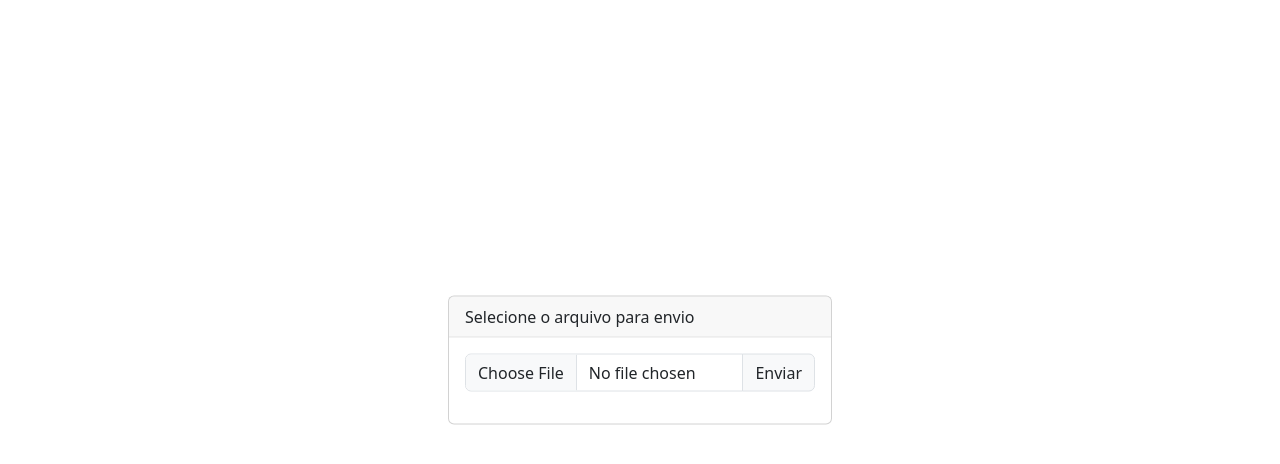
Repository: vandrecx/utilitaries
Page: http://localhost/login_archive/userpage.php
The author's editor kept a copy of each file at every save. The page is drawn from the files as they stood at one save, then again after the next save.
The browser window is 1280 px wide. The pictures show the whole page.
The page is run by PHP 8.4 with error messages shown; the project is at /var/www/html/. The session is filled in as if someone had signed in: {"ID": "testuser", "Email": "test@example.com", "Name": "testuser"}.

Above is the page before, as saved 2024-04-25 10:47:39.

After the next save:
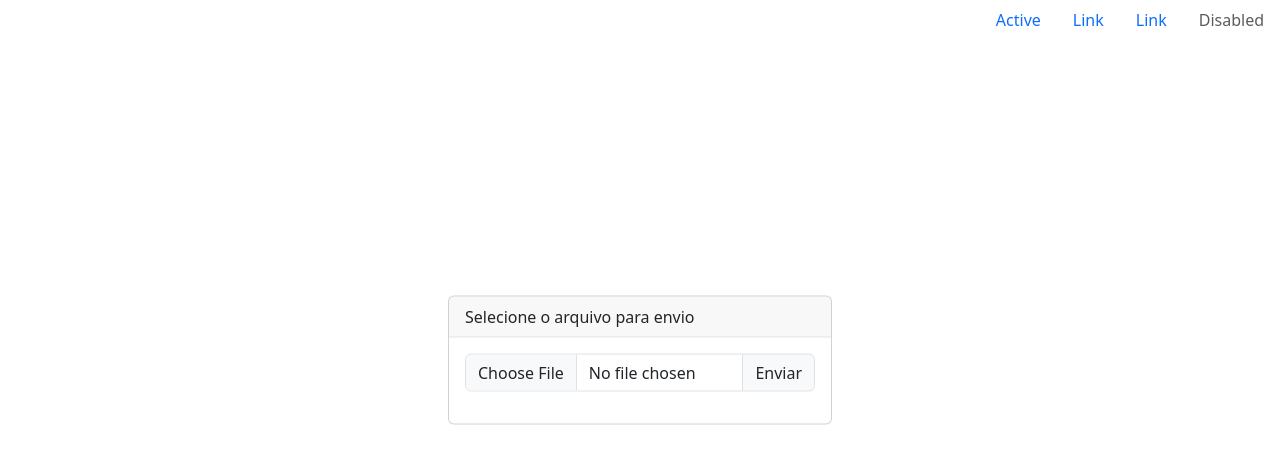
Saved 3 min 22 s later.
--- a/login_archive/userpage.php
+++ b/login_archive/userpage.php
@@ -19,6 +19,20 @@
     <title>Página do Usuário</title>
 </head>
 <body>
+    <ul class="nav justify-content-end">
+        <li class="nav-item">
+            <a class="nav-link active" aria-current="page" href="#">Active</a>
+        </li>
+        <li class="nav-item">
+            <a class="nav-link" href="#">Link</a>
+        </li>
+        <li class="nav-item">
+            <a class="nav-link" href="#">Link</a>
+        </li>
+        <li class="nav-item">
+            <a class="nav-link disabled" aria-disabled="true">Disabled</a>
+        </li>
+    </ul>
     <div class='card' style='width: 30%; justify-content: center; position: absolute; top: 50%; left: 50%; transform: translate(-50%, -50%);'>
         <div class="card-header">
             Selecione o arquivo para envio
